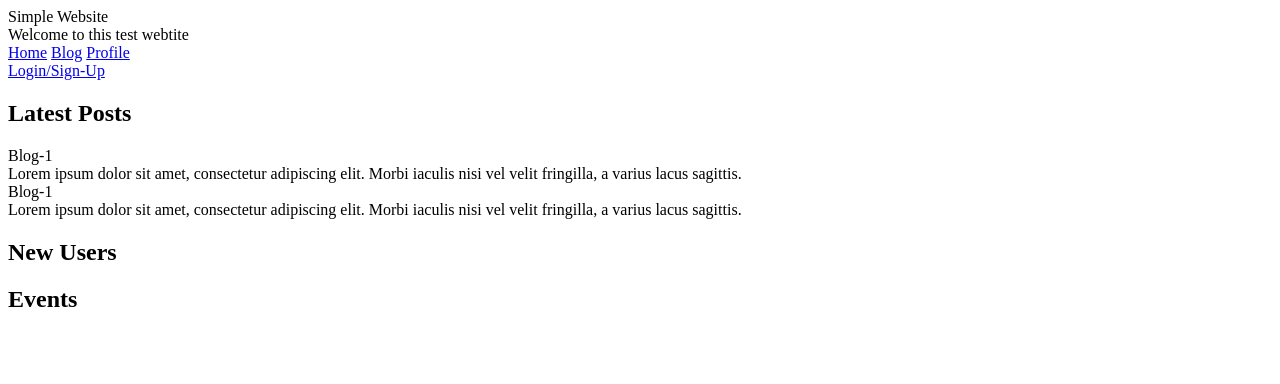
Repository: AbeTavarez/aws_sample_apps
Page: basic_website/index.html
The author's editor kept a record of every edit. The page is drawn from the files as they stood at one moment, then again after the next edit.
The browser window is 1280 px wide. The pictures show the whole page.

Above is the page before.

After the next edit:
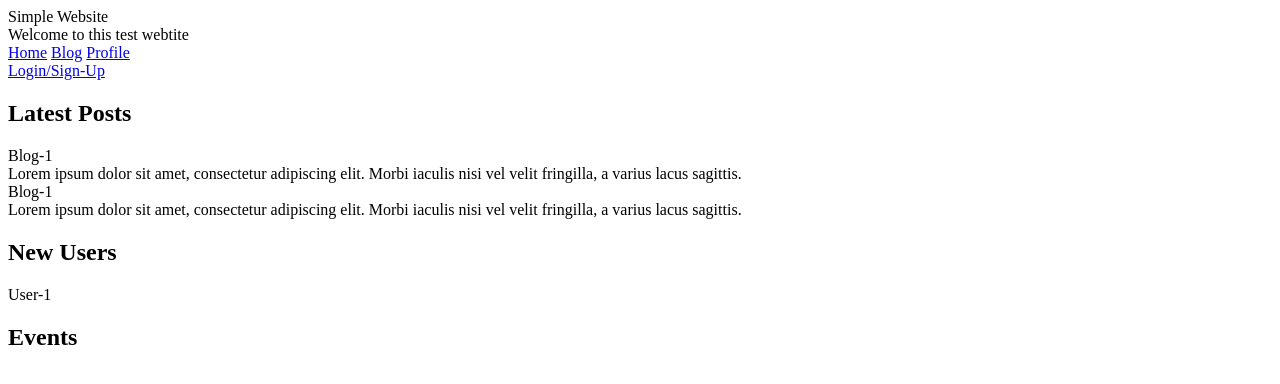
The edit:
--- a/basic_website/index.html
+++ b/basic_website/index.html
@@ -48,8 +48,8 @@
 
                 <div class="last-two-users">
 
-                    <div class="card">
-                        <div></div>
+                    <div class="users-card">
+                        <div class="users-card-title">User-1</div>
                     </div>
                 </div>
             </section>
